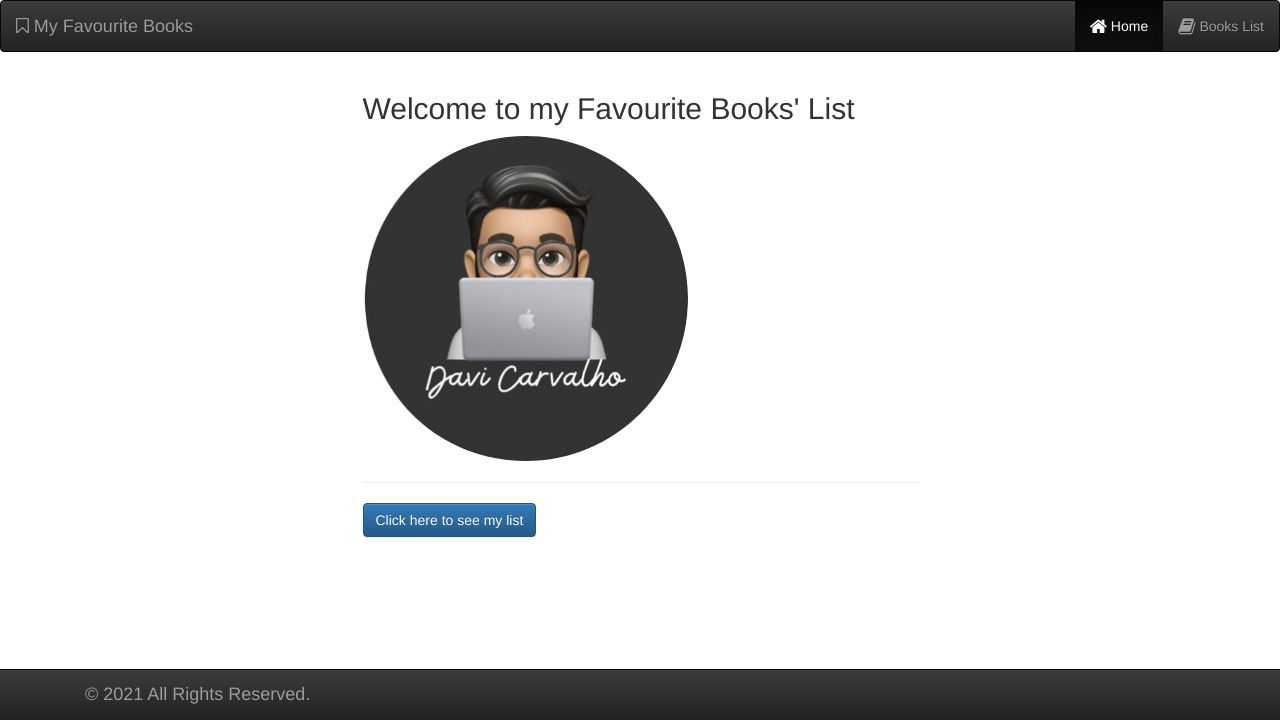
Repository: daviccarvalho/COMP229-M2021-Midterm-301154671
Page: http://localhost/
These files come from the project's save history. The page is drawn as it stood at one moment and after the next save; the edit follows.
The browser window is 1280 px wide. The pictures show the whole page.
The page is served by the project's Node server (server.js). Other server files are loaded and not shown.

Above is the page before, as saved 2021-06-22 19:05:30.

### server/views/content/index.ejs
<!--
Web App Name: Favourite Book List
Student Name: Davi Cavalcante de Carvalho
Student id# 301154671
June 22, 2021
-->
<%- include('../partials/header.ejs'); %>

    <!-- MAIN CONTENT -->
    <div class="container">
      <div class="row">
        <div class="col-md-offset-3 col-md-6">
          <h2>Welcome to my Favourite Books' List</h2>
        <img src="../../Assets/images/logo.svg" class="pe-4 d-block img-fluid align-top">
      <hr class="my-4">
        <div class="mx-auto" style="width: 200px;">
        <a class="btn btn-primary" href="/books" role="button">Click here to see my list</a>
      </div>
      </div>
    </div>

<%- include('../partials/footer.ejs'); %>

### server/views/partials/header.ejs
<!--
Web App Name: Favourite Book List
Student Name: Davi Cavalcante de Carvalho
Student id# 301154671
June 22, 2021
-->
<!DOCTYPE html>
<html lang="en">
  <head>
    <meta charset="utf-8">
    <meta name="viewport" content="width=device-width, initial-scale=1">
    <title><%= title %></title>
    <!-- CSS SECTION -->
    <link rel="stylesheet" href="/Scripts/lib/bootstrap/dist/css/bootstrap.min.css">
    <link rel="stylesheet" href="/Scripts/lib/bootstrap/dist/css/bootstrap-theme.min.css">
    <link rel="stylesheet" href="/Scripts/lib/font-awesome/css/font-awesome.min.css">
    <link rel="stylesheet" href="/@fortawesome/fontawesome-free/css/all.min.css">
    <link rel='stylesheet' href='/Content/app.css' />
  </head>
  <body>

  <nav class="navbar navbar-inverse" role="navigation">
    <!-- Brand and toggle get grouped for better mobile display -->
    <div class="navbar-header">
      <button type="button" class="navbar-toggle" data-toggle="collapse" data-target=".navbar-ex1-collapse">
        <span class="sr-only">Toggle navigation</span>
        <span class="icon-bar"></span>
        <span class="icon-bar"></span>
        <span class="icon-bar"></span>
      </button>
      <a class="navbar-brand" href="/"><i class="fa fa-bookmark-o"></i> My Favourite Books</a>
    </div>

    <!-- Collect the nav links, forms, and other content for toggling -->
    <div class="collapse navbar-collapse navbar-ex1-collapse">
      <ul class="nav navbar-nav navbar-right">
        <% if(title == "Home") { %>
          <li class="active"><a href="/"><i class="fa fa-home fa-lg"></i> Home</a></li>
        <% } else { %>
          <li><a href="/"><i class="fa fa-home fa-lg"></i> Home</a></li>
        <% } %>

          <% if(title == "books") { %>
          <li class="active"><a href="/books"><i class="fa fa-book fa-lg">
          </i> Books List</a></li>
          <% } else { %>
            <li><a href="/books"><i class="fa fa-book fa-lg">
            </i> Books List</a></li>
          <% } %>

      </ul>
    </div><!-- /.navbar-collapse -->
  </nav>

### server/views/partials/footer.ejs
<!--
Web App Name: Favourite Book List
Student Name: Davi Cavalcante de Carvalho
Student id# 301154671
June 22, 2021
-->
<nav class="navbar navbar-inverse navbar-fixed-bottom">
  <div class="container">
    <h4  class="navbar-text">&copy; 2021 All Rights Reserved.</h4>
  </div>
</nav>



<!-- JAVASCRIPT SECTION -->
    <script src="/Scripts/lib/jquery/dist/jquery.min.js"></script>
    <script src="/Scripts/lib/bootstrap/dist/js/bootstrap.min.js"></script>
    <script src="/Scripts/app.js"></script>
  </body>
</html>

### server.js
/*
Web App Name: Favourite Book List
Student Name: Davi Cavalcante de Carvalho
Student id# 301154671
June 22, 2021*/

let app = require('./server/config/app');
let debug = require('debug')('comp308-w2019-midterm:server');
let http = require('http');

/**
 * Get port from environment and store in Express.
 */

let port = normalizePort(process.env.PORT || '3000');
app.set('port', port);

/**
 * Create HTTP server.
 */

let server = http.createServer(app);

/**
 * Listen on provided port, on all network interfaces.
 */

server.listen(port);
server.on('error', onError);
server.on('listening', onListening);

/**
 * Normalize a port into a number, string, or false.
 */

function normalizePort(val) {
  let port = parseInt(val, 10);

  if (isNaN(port)) {
    // named pipe
    return val;
  }

  if (port >= 0) {
    // port number
    return port;
  }

  return false;
}

/**
 * Event listener for HTTP server "error" event.
 */

function onError(error) {
  if (error.syscall !== 'listen') {
    throw error;
  }

  let bind = typeof port === 'string'
    ? 'Pipe ' + port
    : 'Port ' + port;

  // handle specific listen errors with friendly messages
  switch (error.code) {
    case 'EACCES':
      console.error(bind + ' requires elevated privileges');
      process.exit(1);
      break;
    case 'EADDRINUSE':
      console.error(bind + ' is already in use');
      process.exit(1);
      break;
    default:
      throw error;
  }
}

/**
 * Event listener for HTTP server "listening" event.
 */

function onListening() {
  let addr = server.address();
  let bind = typeof addr === 'string'
    ? 'pipe ' + addr
    : 'port ' + addr.port;
  debug('Listening on ' + bind);
}

### server/routes/index.js
/*
Web App Name: Favourite Book List
Student Name: Davi Cavalcante de Carvalho
Student id# 301154671
June 22, 2021
*/
// modules required for routing
let express = require('express');
let router = express.Router();
let mongoose = require('mongoose');

// define the book model
let book = require('../models/books');

/* GET home page. wildcard */
router.get('/', (req, res, next) => {
  res.render('content/index', {
    title: 'Home',
    books: ''
   });
});

module.exports = router;

### client/Assets/images/logo.svg
<svg width="326" height="327" xmlns="http://www.w3.org/2000/svg" xmlns:xlink="http://www.w3.org/1999/xlink" overflow="hidden"><defs><clipPath id="clip0"><rect x="70" y="63" width="326" height="327"/></clipPath><image width="462" height="455" xlink:href="data:[embedded picture, 33003 characters]" preserveAspectRatio="none" id="img1"></image><clipPath id="clip2"><path d="M70 226.5C70 136.754 142.754 64 232.5 64 322.246 64 395 136.754 395 226.5 395 316.246 322.246 389 232.5 389 142.754 389 70 316.246 70 226.5Z" fill-rule="evenodd" clip-rule="evenodd"/></clipPath></defs><g clip-path="url(#clip0)" transform="translate(-70 -63)"><g clip-path="url(#clip2)"><use width="100%" height="100%" xlink:href="#img1" transform="matrix(0.703463 0 0 0.714286 70 64)"></use></g></g></svg>

### client/Scripts/app.js
/* custom JS goes here */

/* pagination code from http://www.bootply.com/lxa0FF9yhw */
$.fn.pageMe = function(opts){
    var $this = this,
        defaults = {
            perPage: 7,
            showPrevNext: false,
            hidePageNumbers: false
        },
        settings = $.extend(defaults, opts);

    var listElement = $this;
    var perPage = settings.perPage;
    var children = listElement.children();
    var pager = $('.pager');

    if (typeof settings.childSelector!="undefined") {
        children = listElement.find(settings.childSelector);
    }

    if (typeof settings.pagerSelector!="undefined") {
        pager = $(settings.pagerSelector);
    }

    var numItems = children.size();
    var numPages = Math.ceil(numItems/perPage);

    pager.data("curr",0);

    if (settings.showPrevNext){
        $('<li><a href="#" class="prev_link">«</a></li>').appendTo(pager);
    }

    var curr = 0;
    while(numPages > curr && (settings.hidePageNumbers==false)){
        $('<li><a href="#" class="page_link">'+(curr+1)+'</a></li>').appendTo(pager);
        curr++;
    }

    if (settings.showPrevNext){
        $('<li><a href="#" class="next_link">»</a></li>').appendTo(pager);
    }

    pager.find('.page_link:first').addClass('active');
    pager.find('.prev_link').hide();
    if (numPages<=1) {
        pager.find('.next_link').hide();
    }
  	pager.children().eq(1).addClass("active");

    children.hide();
    children.slice(0, perPage).show();

    pager.find('li .page_link').click(function(){
        var clickedPage = $(this).html().valueOf()-1;
        goTo(clickedPage,perPage);
        return false;
    });
    pager.find('li .prev_link').click(function(){
        previous();
        return false;
    });
    pager.find('li .next_link').click(function(){
        next();
        return false;
    });

    function previous(){
        var goToPage = parseInt(pager.data("curr")) - 1;
        goTo(goToPage);
    }

    function next(){
        goToPage = parseInt(pager.data("curr")) + 1;
        goTo(goToPage);
    }

    function goTo(page){
        var startAt = page * perPage,
            endOn = startAt + perPage;

        children.css('display','none').slice(startAt, endOn).show();

        if (page>=1) {
            pager.find('.prev_link').show();
        }
        else {
            pager.find('.prev_link').hide();
        }

        if (page<(numPages-1)) {
            pager.find('.next_link').show();
        }
        else {
            pager.find('.next_link').hide();
        }

        pager.data("curr",page);
      	pager.children().removeClass("active");
        pager.children().eq(page+1).addClass("active");

    }
};

// IIFE
(function(){
  $(".btn-danger").click(function(event){
    if(!confirm("Are you sure?")) {
      event.preventDefault();
      window.location.assign("/books");
    }
  });

 /* pagination code */
  $('#myTable').pageMe(
    {pagerSelector:'#myPager',showPrevNext:true,hidePageNumbers:false,perPage:6}
    );
})();

Loaded but not shown: client/Scripts/lib/bootstrap/dist/css/bootstrap.min.css (library); client/Scripts/lib/bootstrap/dist/css/bootstrap-theme.min.css (library); client/Scripts/lib/font-awesome/css/font-awesome.min.css (library); client/Content/app.css (common file); client/Scripts/lib/jquery/dist/jquery.min.js (library); client/Scripts/lib/bootstrap/dist/js/bootstrap.min.js (library)

After the next save:
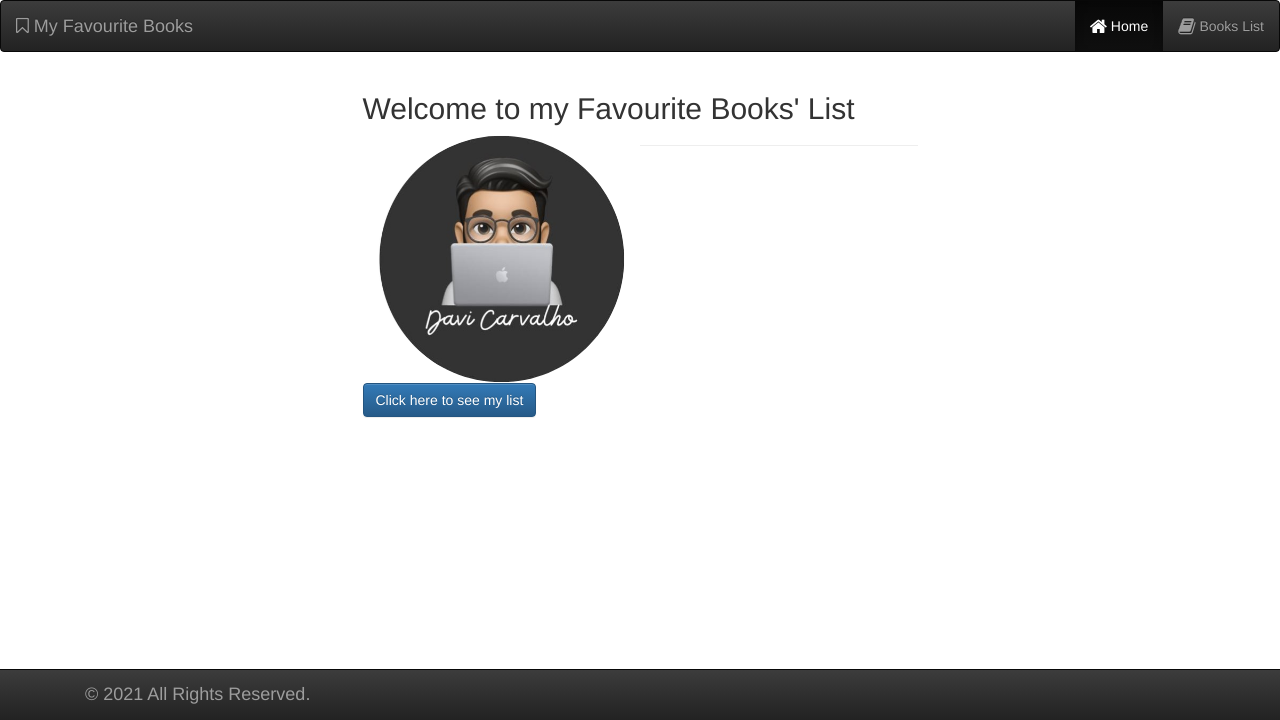
Saved 14 s later.
--- a/server/views/content/index.ejs
+++ b/server/views/content/index.ejs
@@ -11,7 +11,7 @@
       <div class="row">
         <div class="col-md-offset-3 col-md-6">
           <h2>Welcome to my Favourite Books' List</h2>
-        <img src="../../Assets/images/logo.svg" class="pe-4 d-block img-fluid align-top">
+        <img src="../../Assets/images/logo.svg" class="col-md-6 pe-4 d-block img-fluid align-top">
       <hr class="my-4">
         <div class="mx-auto" style="width: 200px;">
         <a class="btn btn-primary" href="/books" role="button">Click here to see my list</a>

After the save that followed:
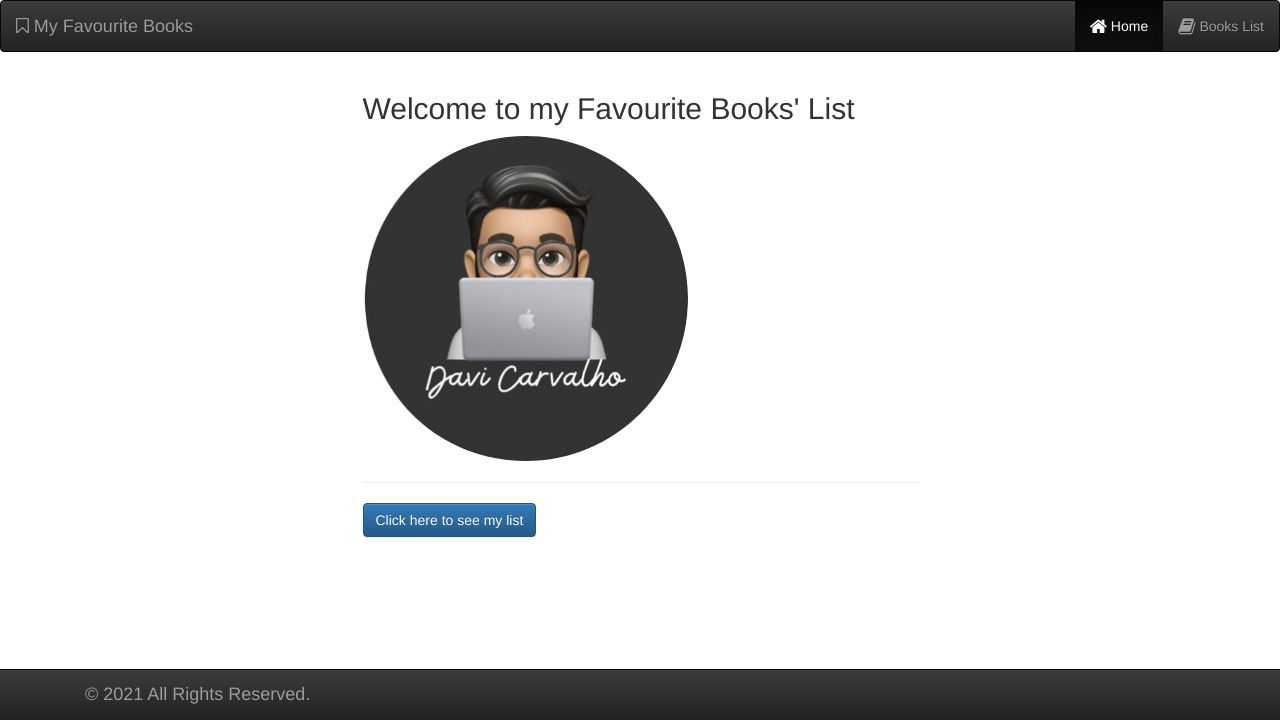
Saved 9 s later.
--- a/server/views/content/index.ejs
+++ b/server/views/content/index.ejs
@@ -11,7 +11,7 @@
       <div class="row">
         <div class="col-md-offset-3 col-md-6">
           <h2>Welcome to my Favourite Books' List</h2>
-        <img src="../../Assets/images/logo.svg" class="col-md-6 pe-4 d-block img-fluid align-top">
+        <img src="../../Assets/images/logo.svg" class="pe-4 d-block img-fluid align-top">
       <hr class="my-4">
         <div class="mx-auto" style="width: 200px;">
         <a class="btn btn-primary" href="/books" role="button">Click here to see my list</a>
